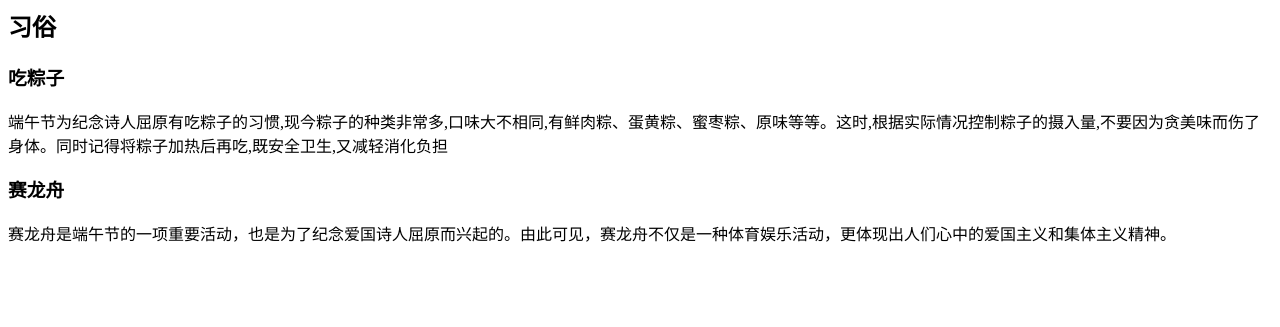
Repository: XueJie1/computer-operation-basics
Page: pages/dragonboatfes/customs.html
These files come from the project's save history. The page is drawn as it stood at one moment and after the next save; the edit follows.
The browser window is 1280 px wide. The pictures show the whole page.

Above is the page before, as saved 2023-09-11 20:52:08.

### pages/dragonboatfes/customs.html
<h2>习俗</h2>
<h3>吃粽子</h3>
<p>端午节为纪念诗人屈原有吃粽子的习惯,现今粽子的种类非常多,口味大不相同,有鲜肉粽、蛋黄粽、蜜枣粽、原味等等。这时,根据实际情况控制粽子的摄入量,不要因为贪美味而伤了身体。同时记得将粽子加热后再吃,既安全卫生,又减轻消化负担</p>
<h3>赛龙舟</h3>
<p>赛龙舟是端午节的一项重要活动，也是为了纪念爱国诗人屈原而兴起的。由此可见，赛龙舟不仅是一种体育娱乐活动，更体现出人们心中的爱国主义和集体主义精神。</p>

After the next save:
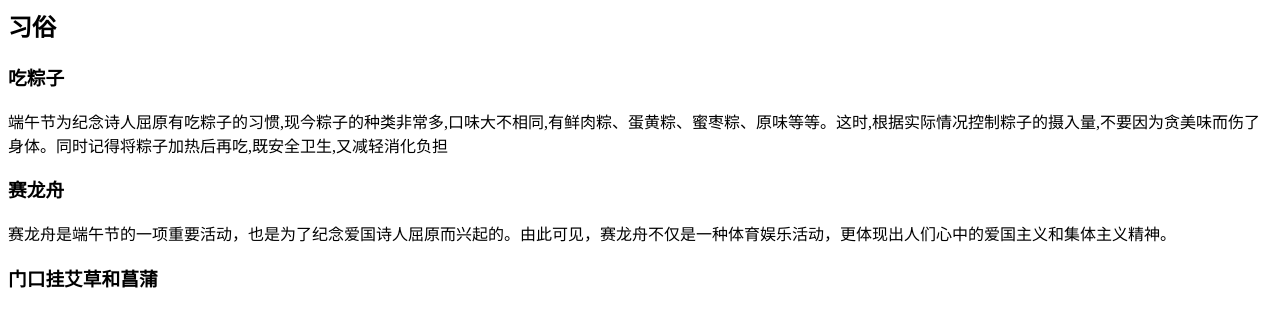
Saved 12 s later.
--- a/pages/dragonboatfes/customs.html
+++ b/pages/dragonboatfes/customs.html
@@ -3,3 +3,4 @@
 <p>端午节为纪念诗人屈原有吃粽子的习惯,现今粽子的种类非常多,口味大不相同,有鲜肉粽、蛋黄粽、蜜枣粽、原味等等。这时,根据实际情况控制粽子的摄入量,不要因为贪美味而伤了身体。同时记得将粽子加热后再吃,既安全卫生,又减轻消化负担</p>
 <h3>赛龙舟</h3>
 <p>赛龙舟是端午节的一项重要活动，也是为了纪念爱国诗人屈原而兴起的。由此可见，赛龙舟不仅是一种体育娱乐活动，更体现出人们心中的爱国主义和集体主义精神。</p>
+<h3>门口挂艾草和菖蒲</h3>
